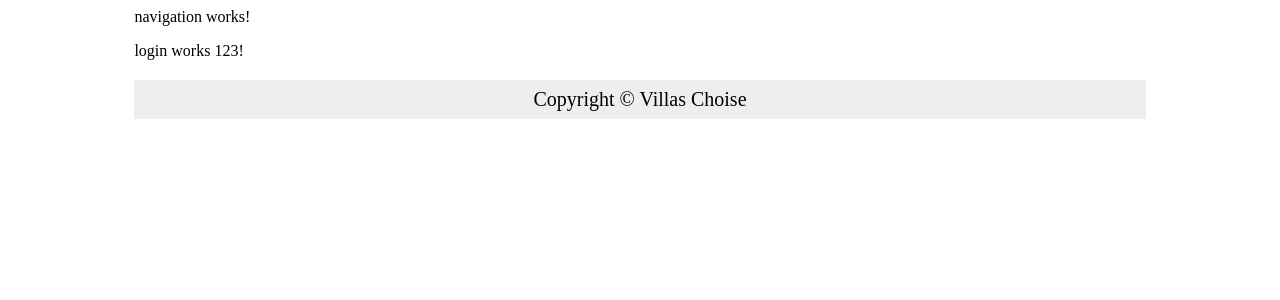
Repository: vsterev/angular-antiCovid-travel
Page: /login (app in covid-travel/)
The author's editor kept a copy of each file at every save. The page is drawn from the files as they stood at one save, then again after the next save.
The browser window is 1280 px wide. The pictures show the whole page.
The project was rebuilt for these pictures with package versions that can differ from the ones it lists, and the page was loaded fresh each time. Also part of the build but not shown: covid-travel/angular.json, covid-travel/src/app/villas/details-reservation/details-reservation.component.ts, covid-travel/src/app/villas/villa-book/villa-book.component.ts, covid-travel/src/app/villas/villa-edit/villa-edit.component.ts, covid-travel/src/app/user/user.service.ts, covid-travel/src/app/villas/villa.service.ts, covid-travel/src/app/villas/villa-detail/villa-detail.component.ts, covid-travel/src/app/villas/villa-add/villa-add.component.ts and 6 more.

Above is the page before, as saved 2020-11-16 01:40:29.

After the next save:
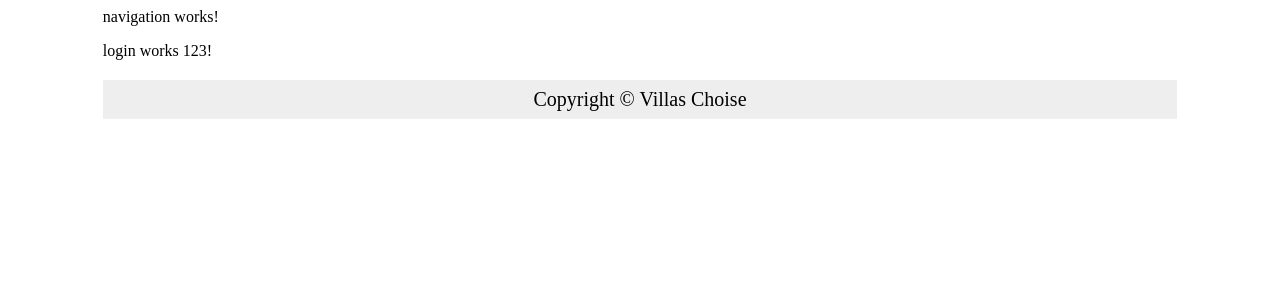
Saved 29 s later.
--- a/covid-travel/src/app/app.component.css
+++ b/covid-travel/src/app/app.component.css
@@ -1,4 +1,4 @@
 div.wrapper {
-  width: 80%;
+  width: 85%;
   margin: 0 auto;
 }
